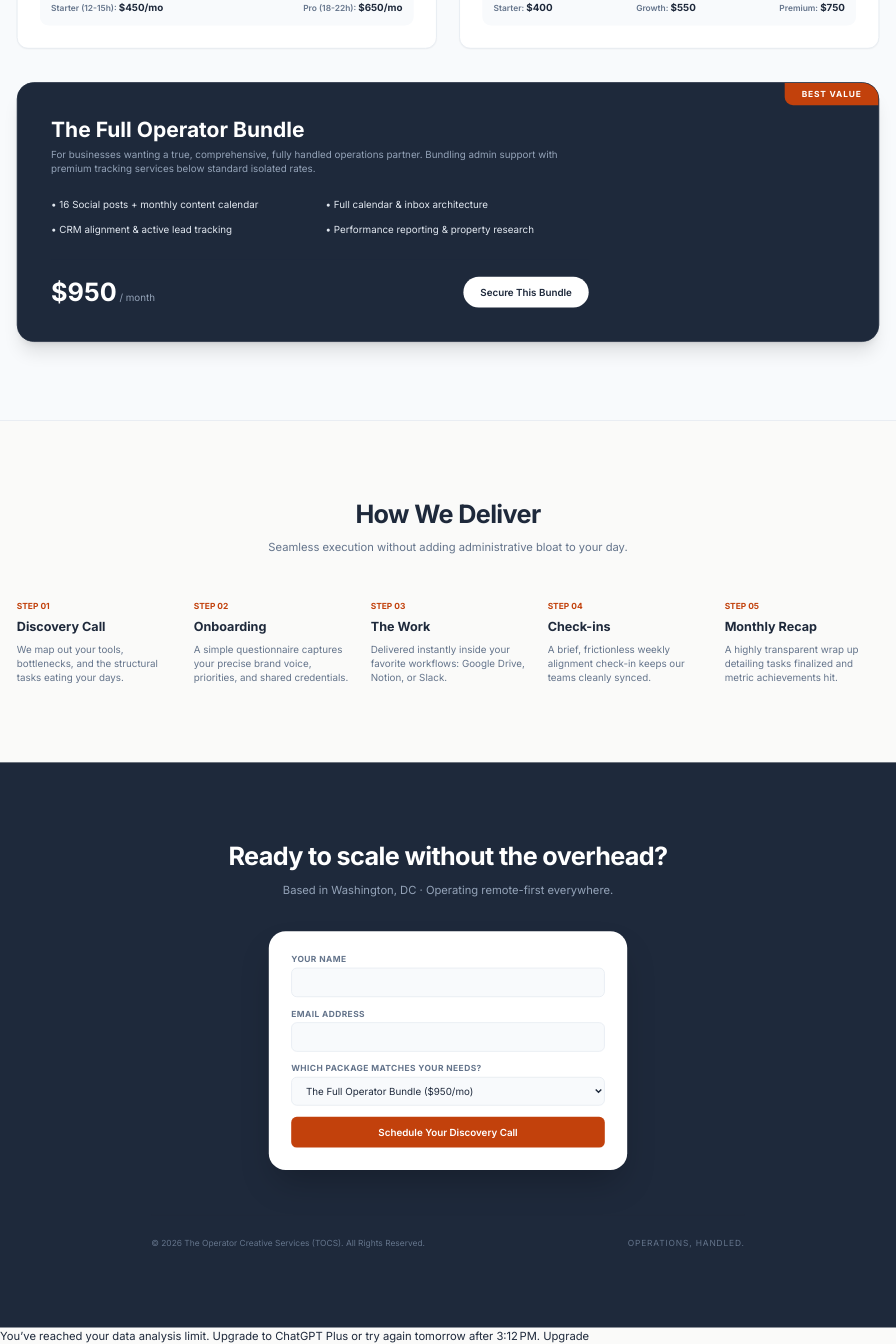
Repository: nokigbo21/theoperator
Page: index.html
The author's editor kept a copy of each file at every save. The page is drawn from the files as they stood at one save, then again after the next save.
The browser window is 1280 px wide. The pictures show the part of the page from y = 3209 to 5129 px (the page is 5129 px tall before and 5105 px after), at 70% of full size.
Some web libraries are served in a nearby version.

Above is the page before, as saved 2026-06-25 17:30:25.

### index.html
<!DOCTYPE html>
<html lang="en">
<head>
    <meta charset="UTF-8">
    <meta name="viewport" content="width=device-width, initial-scale=1.0">
    <title>The Operator Creative Services | Premium Operations Partner</title>
    <script src="https://cdn.tailwindcss.com"></script>
    <script>
        tailwind.config = {
            theme: {
                extend: {
                    colors: {
                        slateDark: '#1E293B',
                        creamBg: '#FAFAF9',
                        accentTerracotta: '#C2410C',
                        slateLight: '#64748B'
                    },
                    fontFamily: {
                        sans: ['Inter', 'sans-serif'],
                    }
                }
            }
        }
    </script>
    <link rel="preconnect" href="https://fonts.googleapis.com">
    <link rel="preconnect" href="https://fonts.gstatic.com" crossorigin>
    <link href="https://fonts.googleapis.com/css2?family=Inter:wght@300;400;500;600;700&display=swap" rel="stylesheet">
</head>
<body class="bg-creamBg text-slateDark font-sans antialiased selection:bg-accentTerracotta selection:text-white">

    <header class="sticky top-0 z-50 bg-creamBg/90 backdrop-blur-md border-b border-slate-200">
        <div class="max-w-7xl mx-auto px-6 h-20 flex items-center justify-between">
            <div class="flex flex-col">
                <span class="font-bold tracking-wider text-xl">THE OPERATOR</span>
                <span class="text-xs uppercase tracking-widest text-slateLight">Creative Services</span>
            </div>
            <nav class="hidden md:flex space-x-8 text-sm font-medium text-slateLight">
                <a href="#about" class="hover:text-slateDark transition-colors">About</a>
                <a href="#services" class="hover:text-slateDark transition-colors">Services</a>
                <a href="#process" class="hover:text-slateDark transition-colors">How It Works</a>
            </nav>
            <a href="#contact" class="bg-slateDark text-white text-sm font-semibold px-5 py-2.5 rounded-full hover:bg-slateLight transition-all">Book a Call</a>
        </div>
    </header>

    <section class="relative py-20 lg:py-32 overflow-hidden border-b border-slate-100">
        <div class="max-w-7xl mx-auto px-6 relative z-10">
            <div class="max-w-3xl">
                <span class="inline-block text-xs uppercase tracking-widest text-accentTerracotta font-semibold mb-4">Operations  ·  Real Estate  ·  Social Media</span>
                <h1 class="text-4xl sm:text-5xl lg:text-6xl font-bold tracking-tight text-slateDark leading-[1.1] mb-6">
                    “Behind every business that runs smoothly is someone who makes it run.”
                </h1>
                <p class="text-lg sm:text-xl text-slateLight mb-10 leading-relaxed max-w-2xl">
                    We bring order to the chaos. Get premium administrative, real estate operations, and social media support from a tech-forward partner—not a full-time hire.
                </p>
                <div class="flex flex-col sm:flex-row gap-4">
                    <a href="#contact" class="inline-flex justify-center items-center bg-accentTerracotta text-white font-semibold px-8 py-4 rounded-full hover:bg-orange-800 transition-all text-center">
                        Book a Discovery Call
                    </a>
                    <a href="#services" class="inline-flex justify-center items-center bg-transparent border border-slate-300 text-slateDark font-semibold px-8 py-4 rounded-full hover:bg-slate-100 transition-all text-center">
                        View Our Services
                    </a>
                </div>
            </div>
        </div>
    </section>

    <section id="about" class="py-20 bg-slateDark text-white">
        <div class="max-w-5xl mx-auto px-6 text-center">
            <h2 class="text-xs uppercase tracking-widest text-accentTerracotta font-semibold mb-4">Our Mission</h2>
            <p class="text-2xl sm:text-3xl font-light leading-relaxed max-w-4xl mx-auto">
                To give founders, agents, and small business owners back their time by handling the administrative and operational work that keeps a business running, so you can focus on what really requires your undivided attention.
            </p>
        </div>
    </section>

    <section class="py-20 lg:py-28 max-w-7xl mx-auto px-6">
        <div class="text-center mb-16">
            <h2 class="text-3xl font-bold tracking-tight sm:text-4xl mb-4">Meet Your Operators</h2>
            <p class="text-slateLight max-w-xl mx-auto">Creative and strategic on one end, organized and tech-forward on the other.</p>
        </div>

        <div class="grid md:grid-cols-2 gap-12 lg:gap-16">
            <div class="bg-white p-8 rounded-3xl border border-slate-100 shadow-sm flex flex-col justify-between">
                <div>
                    <div class="h-12 w-12 bg-accentTerracotta/10 rounded-full flex items-center justify-center text-accentTerracotta mb-6 font-bold">UB</div>
                    <h3 class="text-2xl font-bold mb-1">Uyi Binitie</h3>
                    <p class="text-xs font-semibold text-accentTerracotta uppercase tracking-wider mb-4">Co-Founder & Industry Operator</p>
                    <p class="text-slateLight leading-relaxed mb-6">
                        Real Estate Development student at the University of Miami's Herbert Business School with hands-on experience across asset management (Dantes Partners), property management (Faria Management), and commercial real estate (Project Destined). Proven content strategist behind audience growth and brand voice.
                    </p>
                </div>
                <div class="border-t border-slate-100 pt-4">
                    <span class="text-xs font-bold uppercase tracking-wider text-slateDark block mb-2">Core Superpowers:</span>
                    <div class="flex flex-wrap gap-2">
                        <span class="bg-slate-100 text-slateDark text-xs px-3 py-1 rounded-full">Real Estate Admin</span>
                        <span class="bg-slate-100 text-slateDark text-xs px-3 py-1 rounded-full">Social Content Strategy</span>
                        <span class="bg-slate-100 text-slateDark text-xs px-3 py-1 rounded-full">Bilingual (EN/ES)</span>
                    </div>
                </div>
            </div>

            <div class="bg-white p-8 rounded-3xl border border-slate-100 shadow-sm flex flex-col justify-between">
                <div>
                    <div class="h-12 w-12 bg-slateDark/10 rounded-full flex items-center justify-center text-slateDark mb-6 font-bold">NO</div>
                    <h3 class="text-2xl font-bold mb-1">Nneka Okigbo</h3>
                    <p class="text-xs font-semibold text-accentTerracotta uppercase tracking-wider mb-4">Co-Founder & Systems Architect</p>
                    <p class="text-slateLight leading-relaxed mb-6">
                        Computer Science student at Rutgers University with advanced coursework at the University of Pennsylvania. Experienced in large-scale academic operations as a Head Teaching Assistant, AI-powered workflow optimization through Rotational Labs, and growth marketing initiatives that increased audience engagement and strengthened brand presence.
                    </p>
                </div>
                <div class="border-t border-slate-100 pt-4">
                    <span class="text-xs font-bold uppercase tracking-wider text-slateDark block mb-2">Core Superpowers:</span>
                    <div class="flex flex-wrap gap-2">
                        <span class="bg-slate-100 text-slateDark text-xs px-3 py-1 rounded-full">Systems Thinking</span>
                        <span class="bg-slate-100 text-slateDark text-xs px-3 py-1 rounded-full">AI Workflow Optimization</span>
                        <span class="bg-slate-100 text-slateDark text-xs px-3 py-1 rounded-full">Data & Analytics Tracking</span>
                    </div>
                </div>
            </div>
        </div>

        <div class="mt-12 bg-orange-50 border border-orange-200/60 rounded-2xl p-6 text-center max-w-3xl mx-auto">
            <p class="text-sm text-orange-900 font-medium">
                <strong>The Operator Advantage:</strong> Most virtual assistants have no specialized industry background or technical depth. We bridge that gap completely by pairing creative marketing with advanced automated workflows.
            </p>
        </div>
    </section>

    <section id="services" class="py-20 lg:py-28 bg-slate-50 border-y border-slate-200">
        <div class="max-w-7xl mx-auto px-6">
            <div class="text-center mb-16">
                <h2 class="text-3xl font-bold tracking-tight sm:text-4xl mb-4">Service Menu</h2>
                <p class="text-slateLight max-w-xl mx-auto">Pick what you need or bundle everything into one seamless retainer.</p>
            </div>

            <div class="mb-16">
                <h3 class="text-xs uppercase tracking-widest text-slateLight font-bold mb-6 border-b pb-2">Core Offerings (The Operational Backbone)</h3>
                <div class="grid md:grid-cols-2 gap-8">
                    <div class="bg-white p-8 rounded-2xl border border-slate-200 shadow-sm">
                        <h4 class="text-xl font-bold mb-2">Administrative & Operations Support</h4>
                        <p class="text-slateLight text-sm mb-6">Taking recurring, time-consuming tasks off your plate so your day stops getting hijacked by your inbox.</p>
                        <ul class="text-sm space-y-2.5 mb-8 text-slateDark">
                            <li class="flex items-center">✓ Inbox & email management</li>
                            <li class="flex items-center">✓ Calendar & scheduling</li>
                            <li class="flex items-center">✓ Data entry & database upkeep</li>
                            <li class="flex items-center">✓ Client & vendor communication</li>
                        </ul>
                        <div class="bg-slate-50 p-4 rounded-xl text-xs font-semibold text-slateLight flex justify-between items-center">
                            <span>Up to 10 hrs / mo: <strong class="text-slateDark text-sm">$325</strong></span>
                            <span>Up to 18 hrs / mo: <strong class="text-slateDark text-sm">$550</strong></span>
                        </div>
                    </div>
                    <div class="bg-white p-8 rounded-2xl border border-slate-200 shadow-sm">
                        <h4 class="text-xl font-bold mb-2">Sales & Pipeline Support</h4>
                        <p class="text-slateLight text-sm mb-6">Deals are won in the follow-up. We keep your pipeline organized and your leads remarkably warm.</p>
                        <ul class="text-sm space-y-2.5 mb-8 text-slateDark">
                            <li class="flex items-center">✓ CRM setup, cleanup & updates</li>
                            <li class="flex items-center">✓ Lead tracking & qualification</li>
                            <li class="flex items-center">✓ Follow-up sequences & reminders</li>
                            <li class="flex items-center">✓ Sales pipeline reporting</li>
                        </ul>
                        <div class="bg-slate-50 p-4 rounded-xl text-xs font-semibold text-slateLight flex justify-between items-center">
                            <span>Up to 12 hrs / mo: <strong class="text-slateDark text-sm">$450</strong></span>
                            <span>Up to 18 hrs / mo: <strong class="text-slateDark text-sm">$650</strong></span>
                        </div>
                    </div>
                </div>
            </div>

            <div>
                <h3 class="text-xs uppercase tracking-widest text-accentTerracotta font-bold mb-6 border-b pb-2">Premium Tiers (Specialized, Expertise-Led)</h3>
                <div class="grid md:grid-cols-2 gap-8">
                    <div class="bg-white p-8 rounded-2xl border border-slate-200 shadow-sm flex flex-col justify-between">
                        <div>
                            <h4 class="text-xl font-bold mb-2">Real Estate Operations</h4>
                            <p class="text-slateLight text-sm mb-6">Built on real asset and property management experience. We master the metrics (NOI, cap rates, LIHTC) traditional virtual assistants can't touch.</p>
                            <ul class="text-sm space-y-2.5 mb-8 text-slateDark">
                                <li class="flex items-center">✓ Property research & comps</li>
                                <li class="flex items-center">✓ Showing & tour scheduling</li>
                                <li class="flex items-center">✓ Listing graphics (Canva) & updates</li>
                                <li class="flex items-center">✓ Lease & document organization</li>
                            </ul>
                        </div>
                        <div class="bg-slate-50 p-4 rounded-xl text-xs font-semibold text-slateLight flex justify-between items-center mt-auto">
                            <span>Starter (12-15h): <strong class="text-slateDark text-sm">$450/mo</strong></span>
                            <span>Pro (18-22h): <strong class="text-slateDark text-sm">$650/mo</strong></span>
                        </div>
                    </div>
                    <div class="bg-white p-8 rounded-2xl border border-slate-200 shadow-sm flex flex-col justify-between">
                        <div>
                            <h4 class="text-xl font-bold mb-2">Social Media & Marketing</h4>
                            <p class="text-slateLight text-sm mb-6">Consistency across platforms without sacrificing your hours. Tailored for Instagram, TikTok, LinkedIn, and Facebook.</p>
                            <ul class="text-sm space-y-2.5 mb-8 text-slateDark">
                                <li class="flex items-center">✓ Custom content calendar creation</li>
                                <li class="flex items-center">✓ Caption writing & asset graphics</li>
                                <li class="flex items-center">✓ Scheduling via Later/Buffer</li>
                                <li class="flex items-center">✓ Analytics, metrics & DM tracking</li>
                            </ul>
                        </div>
                        <div class="bg-slate-50 p-4 rounded-xl text-xs font-semibold text-slateLight flex justify-between items-center mt-auto">
                            <span>Starter: <strong class="text-slateDark text-sm">$400</strong></span>
                            <span>Growth: <strong class="text-slateDark text-sm">$550</strong></span>
                            <span>Premium: <strong class="text-slateDark text-sm">$750</strong></span>
                        </div>
                    </div>
                </div>
            </div>

            <div class="mt-12 bg-slateDark text-white rounded-3xl p-8 lg:p-12 border border-slate-800 shadow-xl relative overflow-hidden">
                <div class="absolute top-0 right-0 bg-accentTerracotta text-white text-xs uppercase tracking-widest font-bold px-6 py-2 rounded-bl-xl">Best Value</div>
                <div class="max-w-3xl">
                    <h4 class="text-2xl sm:text-3xl font-bold mb-2">The Full Operator Bundle</h4>
                    <p class="text-slate-400 text-sm mb-8">For businesses wanting a true, comprehensive, fully handled operations partner. Bundling admin support with premium tracking services below standard isolated rates.</p>
                    <div class="grid sm:grid-cols-2 gap-4 mb-8 text-sm text-slate-200">
                        <div>• 16 Social posts + monthly content calendar</div>
                        <div>• Full calendar & inbox architecture</div>
                        <div>• CRM alignment & active lead tracking</div>
                        <div>• Performance reporting & property research</div>
                    </div>
                    <div class="flex flex-col sm:flex-row sm:items-center justify-between gap-6 pt-6 border-t border-slate-800">
                        <div>
                            <span class="text-4xl font-bold">$950</span><span class="text-slate-400 text-sm"> / month</span>
                        </div>
                        <a href="#contact" class="bg-white text-slateDark hover:bg-slate-100 px-6 py-3 rounded-full font-semibold text-sm text-center transition-all">Secure This Bundle</a>
                    </div>
                </div>
            </div>
        </div>
    </section>

    <section id="process" class="py-20 lg:py-28 max-w-7xl mx-auto px-6">
        <div class="text-center mb-16">
            <h2 class="text-3xl font-bold tracking-tight sm:text-4xl mb-4">How We Deliver</h2>
            <p class="text-slateLight max-w-xl mx-auto">Seamless execution without adding administrative bloat to your day.</p>
        </div>

        <div class="grid sm:grid-cols-2 lg:grid-cols-5 gap-8 relative">
            <div class="relative">
                <div class="text-xs font-bold text-accentTerracotta mb-2">STEP 01</div>
                <h4 class="font-bold text-lg mb-2">Discovery Call</h4>
                <p class="text-sm text-slateLight">We map out your tools, bottlenecks, and the structural tasks eating your days.</p>
            </div>
            <div class="relative">
                <div class="text-xs font-bold text-accentTerracotta mb-2">STEP 02</div>
                <h4 class="font-bold text-lg mb-2">Onboarding</h4>
                <p class="text-sm text-slateLight">A simple questionnaire captures your precise brand voice, priorities, and shared credentials.</p>
            </div>
            <div class="relative">
                <div class="text-xs font-bold text-accentTerracotta mb-2">STEP 03</div>
                <h4 class="font-bold text-lg mb-2">The Work</h4>
                <p class="text-sm text-slateLight">Delivered instantly inside your favorite workflows: Google Drive, Notion, or Slack.</p>
            </div>
            <div class="relative">
                <div class="text-xs font-bold text-accentTerracotta mb-2">STEP 04</div>
                <h4 class="font-bold text-lg mb-2">Check-ins</h4>
                <p class="text-sm text-slateLight">A brief, frictionless weekly alignment check-in keeps our teams cleanly synced.</p>
            </div>
            <div class="relative">
                <div class="text-xs font-bold text-accentTerracotta mb-2">STEP 05</div>
                <h4 class="font-bold text-lg mb-2">Monthly Recap</h4>
                <p class="text-sm text-slateLight">A highly transparent wrap up detailing tasks finalized and metric achievements hit.</p>
            </div>
        </div>
    </section>

    <section id="contact" class="py-20 lg:py-28 bg-slateDark text-white border-t border-slate-800">
        <div class="max-w-4xl mx-auto px-6 text-center">
            <h2 class="text-3xl sm:text-4xl font-bold tracking-tight mb-4">Ready to scale without the overhead?</h2>
            <p class="text-slate-400 max-w-xl mx-auto mb-12">Based in Washington, DC · Operating remote-first everywhere.</p>

            <div class="bg-white text-slateDark p-8 rounded-3xl max-w-lg mx-auto text-left shadow-2xl">
                <form action="#" method="POST" class="space-y-4" onsubmit="event.preventDefault(); alert('Form placeholder active! Connect this form to an email system or booking link.');">
                    <div>
                        <label class="block text-xs uppercase tracking-wider font-bold text-slateLight mb-1">Your Name</label>
                        <input type="text" required class="w-full bg-slate-50 border border-slate-200 rounded-lg px-4 py-2.5 text-sm focus:outline-none focus:border-accentTerracotta">
                    </div>
                    <div>
                        <label class="block text-xs uppercase tracking-wider font-bold text-slateLight mb-1">Email Address</label>
                        <input type="email" required class="w-full bg-slate-50 border border-slate-200 rounded-lg px-4 py-2.5 text-sm focus:outline-none focus:border-accentTerracotta">
                    </div>
                    <div>
                        <label class="block text-xs uppercase tracking-wider font-bold text-slateLight mb-1">Which package matches your needs?</label>
                        <select class="w-full bg-slate-50 border border-slate-200 rounded-lg px-4 py-2.5 text-sm focus:outline-none focus:border-accentTerracotta">
                            <option>The Full Operator Bundle ($950/mo)</option>
                            <option>Core Administrative Options</option>
                            <option>Premium Real Estate Operations</option>
                            <option>Premium Social Media Retainers</option>
                        </select>
                    </div>
                    <button type="submit" class="w-full bg-accentTerracotta text-white font-semibold py-3 rounded-lg text-sm hover:bg-orange-800 transition-all mt-4">
                        Schedule Your Discovery Call
                    </button>
                </form>
            </div>

            <div class="mt-16 pt-8 border-t border-slate-800 text-xs text-slate-500 flex flex-col sm:flex-row justify-between items-center gap-4">
                <span>&copy; 2026 The Operator Creative Services (TOCS). All Rights Reserved.</span>
                <span class="tracking-widest uppercase">Operations, handled.</span>
            </div>
        </div>
    </section>

</body>
</html>


You’ve reached your data analysis limit. Upgrade to ChatGPT Plus or try again tomorrow after 3:12 PM.

Upgrade

After the next save:
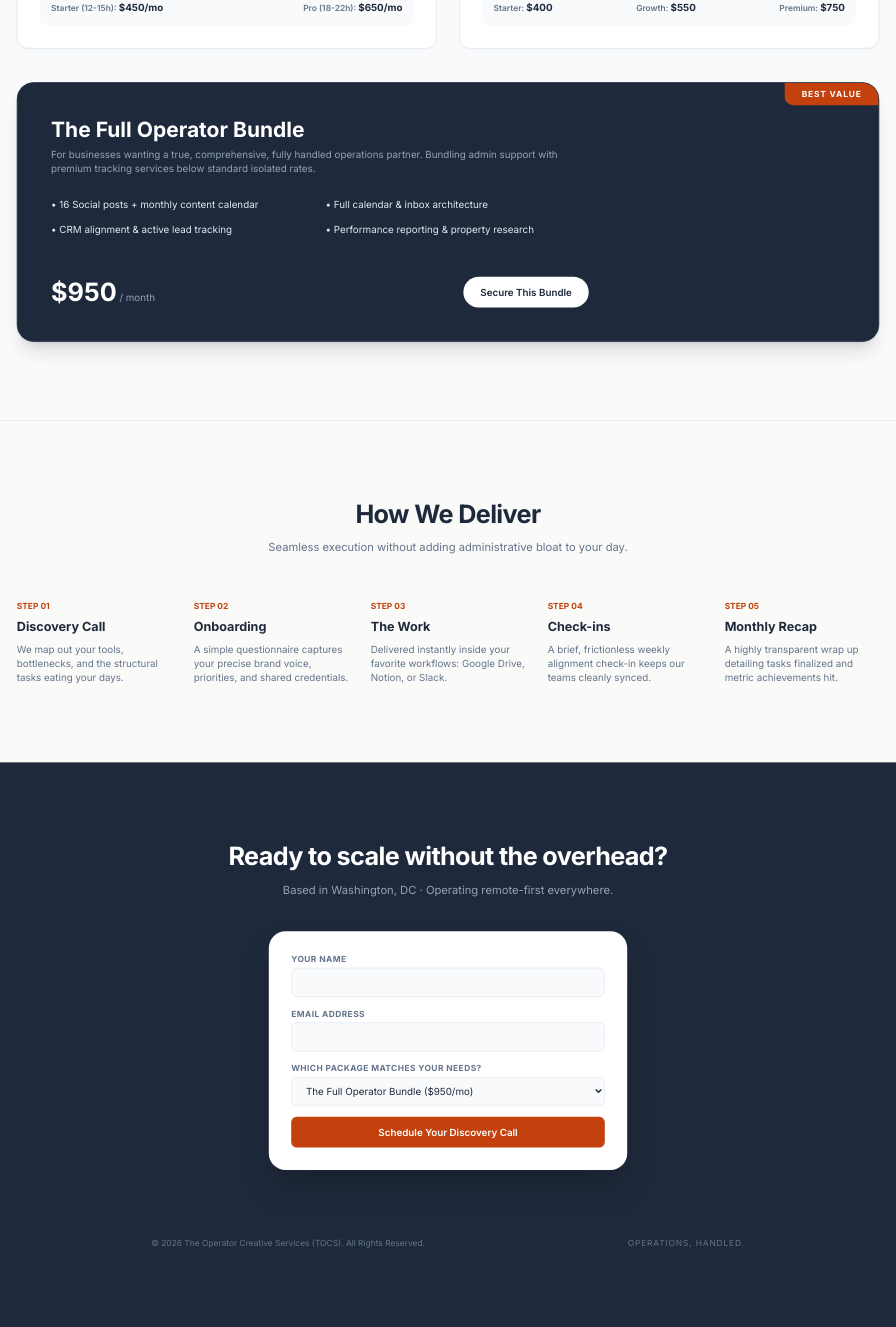
Saved 7 min 3 s later.
--- a/index.html
+++ b/index.html
@@ -303,8 +303,3 @@
 
 </body>
 </html>
-
-
-You’ve reached your data analysis limit. Upgrade to ChatGPT Plus or try again tomorrow after 3:12 PM.
-
-Upgrade
